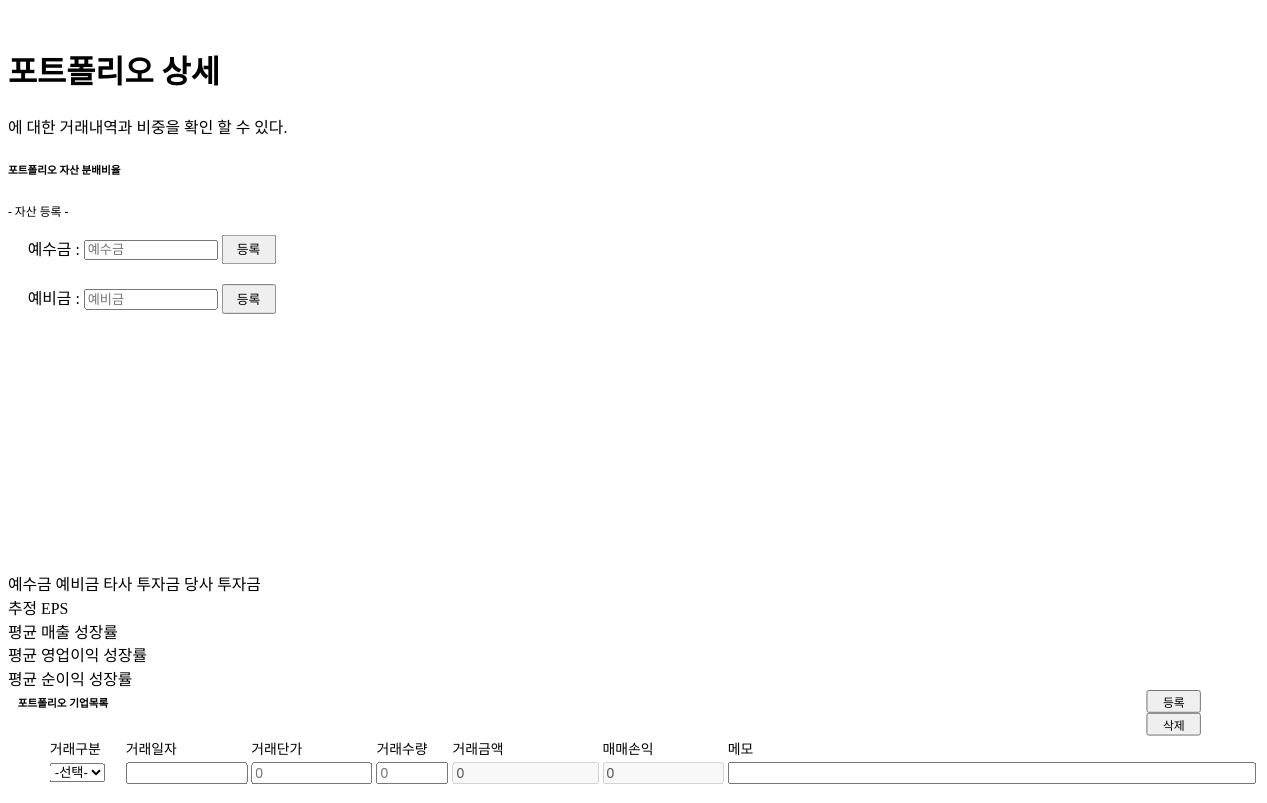
Repository: bangProgram/PJT_Finance
Page: http://localhost/Finance/WEB-INF/views/portfolio/portfolioDetail.jsp
The author's editor kept a copy of each file at every save. The page is drawn from the files as they stood at one save, then again after the next save.
The browser window is 1280 px wide. The pictures show the whole page, at 99% of full size.
The page is served by Tomcat 9. Nobody is signed in. Other server files are loaded and not shown. The template is opened directly, without the code that normally fills it, so the values that code supplies are empty.

Above is the page before, as saved 2022-11-16 08:40:55.

### Finance/src/main/webapp/WEB-INF/views/portfolio/portfolioDetail.jsp
<%@ page pageEncoding="UTF-8" contentType="text/html;charset=utf-8"%>
<%@ taglib prefix="fmt" uri="http://java.sun.com/jsp/jstl/fmt"%>
<%@ taglib uri="http://java.sun.com/jsp/jstl/core" prefix="c"%>
<script src="https://code.jquery.com/jquery-3.4.1.min.js"></script>﻿
<script type="text/javascript">
	var toggleChk = true;
	$(document).ready(function(){
		$("#gubn").change(function(){
			if(this.value == "0101"){
				$("#inputTr").css("background-color","#ffc4c4");
			}else if(this.value == "0102"){
				$("#inputTr").css("background-color","#cad8ff");
			}else{
				$("#inputTr").css("background-color","");
			}

		});


	});

	function portDetailSave(mode){
		var frm = document.searchForm;
		var gubn = $("#gubn").val();

		$("#mode").val(mode);

		if(gubn == "0101"){
			var TRADE_QUANTITY = $("#TRADE_QUANTITY").val();
			var TRADE_AMOUNT = $("#TRADE_AMOUNT").val();
			$("#BUY_QUANTITY").val(TRADE_QUANTITY);
			$("#BUY_AMOUNT").val(TRADE_AMOUNT);

			calAvrPrice(gubn);
		}else{
			var TRADE_QUANTITY = $("#TRADE_QUANTITY").val();
			var TRADE_AMOUNT = $("#TRADE_AMOUNT").val();
			$("#SELL_QUANTITY").val(TRADE_QUANTITY);
			$("#SELL_AMOUNT").val(TRADE_AMOUNT);

			calAvrPrice(gubn);
		}




		$("#TRADE_AMOUNT").attr("disabled",false);
		$("#RETURN_AMOUNT").attr("disabled",false);
		frm.action = "/portfolio/detail/cud";
		frm.submit();
	}

	function calTradeAmount(){
		var gubn = $("#gubn").val();
		if(gubn != "" && gubn != null){
			var TRADE_PRICE = $("#TRADE_PRICE").val();
			var TRADE_QUANTITY = $("#TRADE_QUANTITY").val();

			var calValue = TRADE_PRICE * TRADE_QUANTITY
			$("#TRADE_AMOUNT").val(calValue);


			if(gubn == "0102"){
				var calReturn = (TRADE_PRICE - AVR_PRICE) * TRADE_QUANTITY
				$("#RETURN_AMOUNT").val(calReturn);
			}
		}else{
			alert("거래구분 먼저 선택해주세요");
			return;
		}
	}

	function calAvrPrice(gubn){
		var AVR_PRICE =  $("#AVR_PRICE").val();
		var HOLD_QUANTITY =  $("#HOLD_QUANTITY").val();
		var TRADE_PRICE = $("#TRADE_PRICE").val();
		var TRADE_QUANTITY = $("#TRADE_QUANTITY").val();

		if(gubn == "0101"){
			var sumAmount = ((AVR_PRICE * HOLD_QUANTITY) + (TRADE_PRICE * TRADE_QUANTITY))
			var sumQuantity = (HOLD_QUANTITY + TRADE_QUANTITY)

			$("#AVR_PRICE").val(sumAmount/sumQuantity);
			$("#HOLD_QUANTITY").val(sumQuantity);
		}else{
			var sumQuantity = (HOLD_QUANTITY - TRADE_QUANTITY)

			$("#HOLD_QUANTITY").val(sumQuantity);
		}

	}
</script>

<style>
@keyframes add {
	from{background : lightgreen;}
	to{background : transparent;}
}

@keyframes del {
	from{background : indianred;}
	to{background : transparent;}
}

@keyframes search {
	from{background : lightsteelblue;}
	to{background : transparent;}
}

</style>
<html>
<head>
<title>사업장 목록</title>
</head>
<body>
<form name="searchForm" method="post">
<div class="container-fluid">
	<input type="hidden" name="mode" id="mode" value="" title="수정 FLAG">
	<input type="hidden" name="CORP_CODE" id="CORP_CODE" value="<c:out value='${resultData.CORP_CODE }'/>" title="현재보고있는 기업 코드">
	<input type="hidden" name="AVR_PRICE" id="AVR_PRICE" value="<c:out value='${resultData.AVR_PRICE}'/>" title="현재보고있는 기업 평균단가"/>
	<input type="hidden" name="HOLD_QUANTITY" id="HOLD_QUANTITY" value="<c:out value='${resultData.HOLD_QUANTITY }'/>" title="현재보고있는 기업 보유 수량">

	<input type="hidden" name="SEQs" id="SEQs" value="" title="삭제대상 상세 SEQ(복수)">

</div>

<div class="container-fluid">

	<!-- Page Heading -->
	<h1 class="h3 mb-2 text-gray-800"><c:out value="${resultData.CORP_NAME }"/> 포트폴리오 상세</h1>
	<p class="mb-4"><c:out value="${resultData.CORP_NAME }"/> 에 대한 거래내역과 비중을 확인 할 수 있다.
		<span id=""></span>
	</p>


	<div class="row">
                        <!-- Pie Chart -->
		<div class="col-xl-4 col-lg-5">
			<div class="card shadow mb-4" id="cardDiv">
		        <!-- Card Header - Dropdown -->
		        <div class="card-header py-3 d-flex flex-row align-items-center justify-content-between">
		            <h6 class="m-0 font-weight-bold text-primary">포트폴리오 자산 분배비율</h6>
		            <div class="dropdown no-arrow">
		                <a class="dropdown-toggle" href="#" role="button" id="dropdownMenuLink" data-toggle="dropdown" aria-haspopup="true" aria-expanded="false">
		                    <i class="fas fa-ellipsis-v fa-sm fa-fw text-gray-400"></i>
		                </a>
		                <div class="dropdown-menu dropdown-menu-right shadow animated--fade-in" aria-labelledby="dropdownMenuLink">
		                    <div class="dropdown-header" style="font-size: 12px;">- 자산 등록 -</div>
		                    <div class="dropdown-divider"></div>
		                    <div style="padding: 5px 10px 5px 10px;">
			                    <div class="dropdown-item" style="padding: 10px 10px 10px 10px;">
				                    예수금 : <input type="text" name="DEPOSIT_AMOUNT" id="DEPOSIT_AMOUNT" style="width : 135px;" value="${getPortfolio.DEPOSIT_AMOUNT }"  title="예수금" placeholder="예수금">
				                    <button class="btn btn-outline-primary" style="height: 30px; font-size: 13px; width: 55px;" id="btn_DEPOSIT_AMOUNT" onclick="regAsset('deposit'); return false;">
				                    	<c:if test="${getPortfolio.DEPOSIT_AMOUNT != null }">수정</c:if>
				                    	<c:if test="${getPortfolio.DEPOSIT_AMOUNT == null }">등록</c:if>
				                    </button>
			                    </div>
			                    <div class="dropdown-divider"></div>
			                    <div class="dropdown-item" style="padding: 10px 10px 10px 10px;">
				                    예비금 : <input type="text" name="RESERVE_AMOUNT" id="RESERVE_AMOUNT" style="width : 135px;" value="${getPortfolio.RESERVE_AMOUNT }"  title="예비금" placeholder="예비금">
				                    <button class="btn btn-outline-primary" style="height: 30px; font-size: 13px; width: 55px;" id="btn_RESERVE_AMOUNT" onclick="regAsset('reserve'); return false;">
				                    	<c:if test="${getPortfolio.RESERVE_AMOUNT != null }">수정</c:if>
				                    	<c:if test="${getPortfolio.RESERVE_AMOUNT == null }">등록</c:if>
				                    </button>
			                    </div>
		                    </div>
		                </div>
		            </div>
		        </div>
		        <!-- Card Body -->
		        <div class="card-body">
		            <div class="chart-pie pt-4 pb-2"><div class="chartjs-size-monitor"><div class="chartjs-size-monitor-expand"><div class=""></div></div><div class="chartjs-size-monitor-shrink"><div class=""></div></div></div>
		                <canvas id="myPieChart" width="470" height="245" style="display: block; width: 470px; height: 245px;" class="chartjs-render-monitor"></canvas>
		            </div>
		            <div class="mt-4 text-center small">
		                <span class="mr-2">
		                    <i class="fas fa-circle text-info"></i> 예수금
		                </span>
		                <span class="mr-2">
		                    <i class="fas fa-circle text-warning"></i> 예비금
		                </span>
		                <span class="mr-2">
		                    <i class="fas fa-circle text-secondary"></i> 타사 투자금
		                </span>
		                <span class="mr-2">
		                    <i class="fas fa-circle text-success"></i> 당사 투자금
		                </span>
		            </div>
		        </div>
		    </div>
		</div>

		<!-- Area Chart -->
	    <div class="col-xl-2 col-lg-5">
	        <div class="card shadow mb-4">
				<div class="card border-left-primary shadow h-100 py-2">
	            	<div class="card-body">
	                	<div class="row no-gutters align-items-center">
	                    	<div class="col mr-2">
	                        	<div class="text-xs font-weight-bold text-primary text-uppercase mb-1">
	                              추정 EPS</div>
								<div class="h5 mb-0 font-weight-bold text-gray-800"><c:out value=" ${resultData.ESTIMATE_EPS}"/></div>
	                      	</div>
	                      	<div class="col-auto">
	                          	<i class="fas fa-dollar-sign fa-2x text-gray-300"></i>
	                      	</div>
	                  	</div>
	              	</div>
	          	</div>
	          	<div class="card border-left-info shadow h-100 py-2">
	              	<div class="card-body">
	                  	<div class="row no-gutters align-items-center">
	                      	<div class="col mr-2">
	                          	<div class="text-xs font-weight-bold text-info text-uppercase mb-1">
	                              	평균 매출 성장률</div>
	                          	<div class="h5 mb-0 font-weight-bold text-gray-800"><c:out value=" ${resultData.AVG_REVENUE_GROWTH}"/></div>
	                      	</div>
	                      	<div class="col-auto">
	                          	<i class="fas fa-dollar-sign fa-2x text-gray-300"></i>
	                      	</div>
	                  	</div>
	              	</div>
	          	</div>
	        	<div class="card border-left-info shadow h-100 py-2">
	              	<div class="card-body">
	                  	<div class="row no-gutters align-items-center">
	                      	<div class="col mr-2">
	                          	<div class="text-xs font-weight-bold text-info text-uppercase mb-1">
	                              	평균 영업이익 성장률</div>
	                          	<div class="h5 mb-0 font-weight-bold text-gray-800"><c:out value=" ${resultData.AVG_OPERAT_GROWTH}"/></div>
	                      	</div>
	                      	<div class="col-auto">
	                          	<i class="fas fa-dollar-sign fa-2x text-gray-300"></i>
	                      	</div>
	                  	</div>
	              	</div>
	          	</div>
	          	<div class="card border-left-info shadow h-100 py-2">
	              	<div class="card-body">
	                  	<div class="row no-gutters align-items-center">
	                      	<div class="col mr-2">
	                          	<div class="text-xs font-weight-bold text-info text-uppercase mb-1">
	                              	평균 순이익 성장률</div>
	                          	<div class="h5 mb-0 font-weight-bold text-gray-800"><c:out value=" ${resultData.AVG_PROFIT_GROWTH}"/></div>
	                      	</div>
	                      	<div class="col-auto">
	                          	<i class="fas fa-dollar-sign fa-2x text-gray-300"></i>
	                      	</div>
	                  	</div>
	              	</div>
	          	</div>
	        </div>
		</div>
	</div>

	<!-- DataTales Example -->
    <div class="card shadow mb-4">
        <div class="card-header py-3" id="dataTables" style="display: table;">
            <h6 class="m-0 font-weight-bold text-primary" style="display: table-cell; width: 91%; padding-left: 10px;">포트폴리오 기업목록</h6>
            <div >
				<button class="dt-button buttons-excel buttons-html5 btn btn-outline-primary excelBtn" style="width: 55px; font-size: 12px;" tabindex="0" aria-controls="portCorpList" type="submit" onclick="portDetailSave('add'); return false;">
					<span>등록</span>
				</button>
				<button class="dt-button buttons-excel buttons-html5 btn btn-outline-primary excelBtn" style="width: 55px; font-size: 12px;" tabindex="0" aria-controls="portCorpList" type="submit" onclick="portDetailSave('del'); return false;">
					<span>삭제</span>
				</button>
			</div>
        </div>
        <div class="card-body">
            <div class="table-responsive" >
                <table id="portCorpList" class="table table-bordered" id="dataTable"  style="font-size: 14px; width:100%" >
                	<colgroup>
                		<col width="3%"/>
                		<col width="6%"/>
                		<col width="10%"/>
                		<col width="10%"/>
                		<col width="6%"/>
                		<col width="12%"/>
                		<col width="10%"/>
                		<col width="43%"/>
                	</colgroup>
                    <thead id="tableHead">
			            <tr>
			            	<td></td>
			            	<td>거래구분</td>
							<td>거래일자</td>
							<td>거래단가</td>
							<td>거래수량</td>
							<td>거래금액</td>
							<td>매매손익</td>
							<td>메모</td>
						</tr>
			        </thead>
			        <tbody id="bodyList">
						<c:forEach items="${resultList}" var="ls" >
							<c:if test="${ls.GUBN == '0101'}"><tr style="background-color: #ffc4c4;"></c:if>
							<c:if test="${ls.GUBN == '0102'}"><tr style="background-color: #cad8ff;"></c:if>
								<td><input type="checkbox" name="del" value="${ls.SEQ}" title="포트폴리오 상세 SEQ"/></td>
								<td><c:out value="${ls.GUBN_NM}"/></td>
								<td><c:out value="${ls.TRADE_DATE}"/></td>
								<td><c:out value="${ls.TRADE_PRICE}"/></td>
								<td>
									<c:if test="${ls.GUBN == '0101'}"><c:out value="${ls.BUY_QUANTITY}"/></c:if>
									<c:if test="${ls.GUBN == '0102'}"><c:out value="${ls.SELL_QUANTITY}"/></c:if>
								</td>
								<td>
									<c:if test="${ls.GUBN == '0101'}"><c:out value="${ls.BUY_AMOUNT}"/></c:if>
									<c:if test="${ls.GUBN == '0102'}"><c:out value="${ls.SELL_AMOUNT}"/></c:if>
								</td>
								<td><c:out value="${ls.RETURN_AMOUNT}"/></td>
								<td><c:out value="${ls.MEMO}"/></td>
							</tr>
						</c:forEach>
						<tr id="inputTr">
							<td></td>
							<td>
								<select name="gubn" id="gubn" title="포트폴리오 상세 구분">
									<option value="">-선택-</option>
									<option value="0101">매수</option>
									<option value="0102">매도</option>
								</select>
							</td>
						    <td><input type="text" name="TRADE_DATE" id="TRADE_DATE" value="${curDate}" title="포트폴리오 거래일자" style="font-size: 14px; width:100%" /></td>
						    <td>
						    	<input type="text" name="TRADE_PRICE" onchange="calTradeAmount(); return false;" id="TRADE_PRICE" value="" placeholder="0" title="포트폴리오 거래단가" style="font-size: 14px; width:100%" />
						    </td>
							<td>
								<input type="text" name="TRADE_QUANTITY" onchange="calTradeAmount(); return false;" id="TRADE_QUANTITY" value="" placeholder="0" title="포트폴리오 거래수량" style="font-size: 14px; width:100%" />
								<input type="hidden" name="BUY_QUANTITY" id="BUY_QUANTITY" value="" title="매수 거래수량"/>
								<input type="hidden" name="SELL_QUANTITY" id="SELL_QUANTITY" value="" title="매도 거래수량"/>
							</td>
							<td>
								<input type="text" name="TRADE_AMOUNT" id="TRADE_AMOUNT" value="0" title="포트폴리오 거래금액" disabled="disabled" style="font-size: 14px; width:100%"/>
								<input type="hidden" name="BUY_AMOUNT" id="BUY_AMOUNT" value="" title="매수 거래금액"/>
								<input type="hidden" name="SELL_AMOUNT" id="SELL_AMOUNT" value="" title="매도 거래금액"/>
							</td>
							<td><input type="text" name="RETURN_AMOUNT" id="RETURN_AMOUNT" value="0" title="포트폴리오 매매손익" disabled="disabled" style="font-size: 14px; width:100%"/></td>
							<td><input type="text" name="MEMO" id="MEMO" value="" title="포트폴리오 거래 사유" style="font-size: 14px; width:100%"/></td>
						</tr>
			        </tbody>
                </table>
            </div>
        </div>
    </div>
</div>
</form>
</body>
</html>

After the next save:
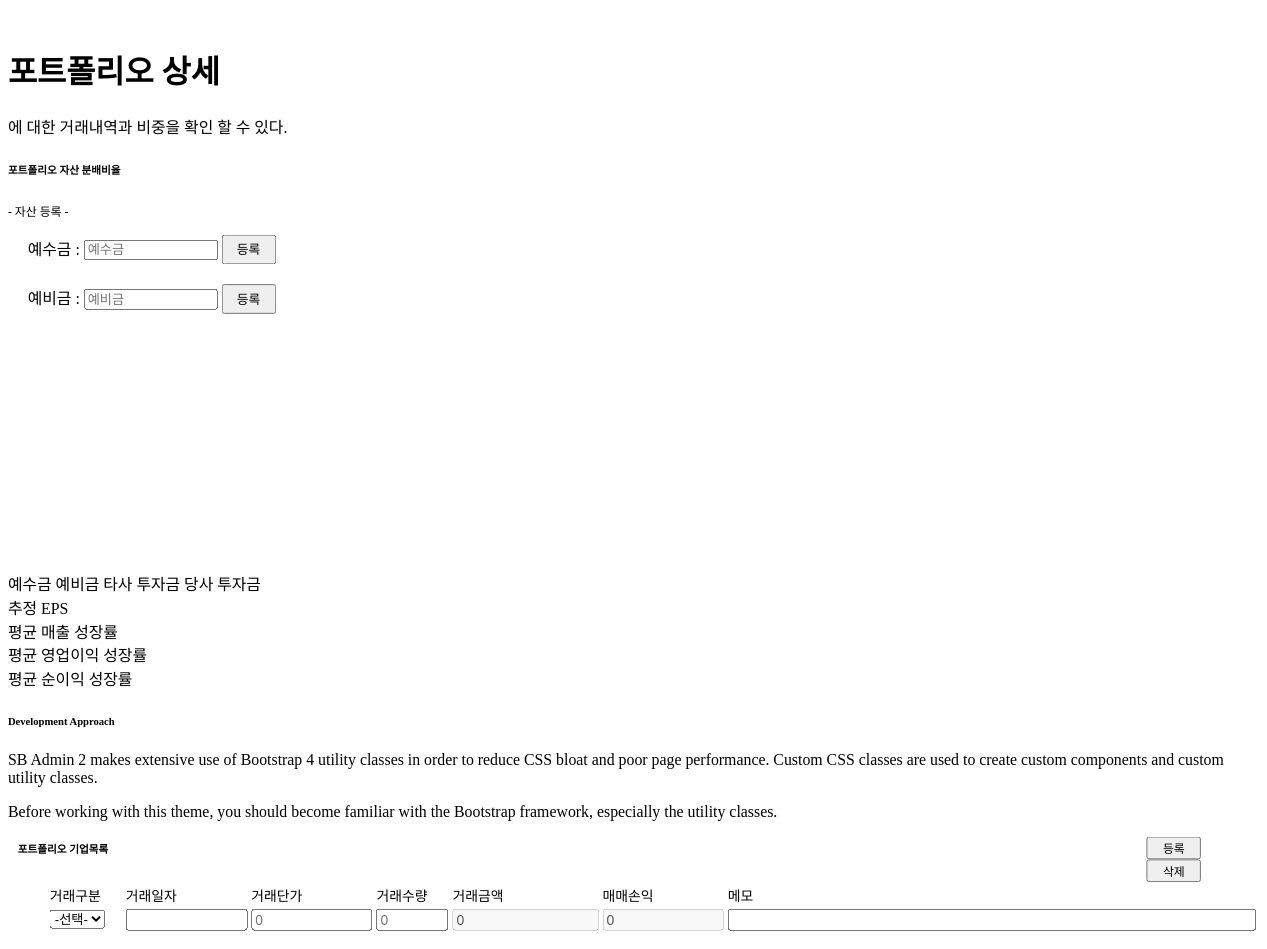
Saved 6 min 41 s later.
--- a/Finance/src/main/webapp/WEB-INF/views/portfolio/portfolioDetail.jsp
+++ b/Finance/src/main/webapp/WEB-INF/views/portfolio/portfolioDetail.jsp
@@ -251,7 +251,24 @@
 	          	</div>
 	        </div>
 		</div>
+
+		<!-- MEMO Area -->
+	    <div class="col-xl-2 col-lg-5">
+			<div class="card shadow mb-4">
+				<div class="card-header py-3">
+					<h6 class="m-0 font-weight-bold text-primary">Development Approach</h6>
+				</div>
+				<div class="card-body">
+					<p>SB Admin 2 makes extensive use of Bootstrap 4 utility classes in order to reduce
+                                        CSS bloat and poor page performance. Custom CSS classes are used to create
+                                        custom components and custom utility classes.</p>
+					<p class="mb-0">Before working with this theme, you should become familiar with the
+                                        Bootstrap framework, especially the utility classes.</p>
+				</div>
+			</div>
+		</div>
 	</div>
+
 
 	<!-- DataTales Example -->
     <div class="card shadow mb-4">
